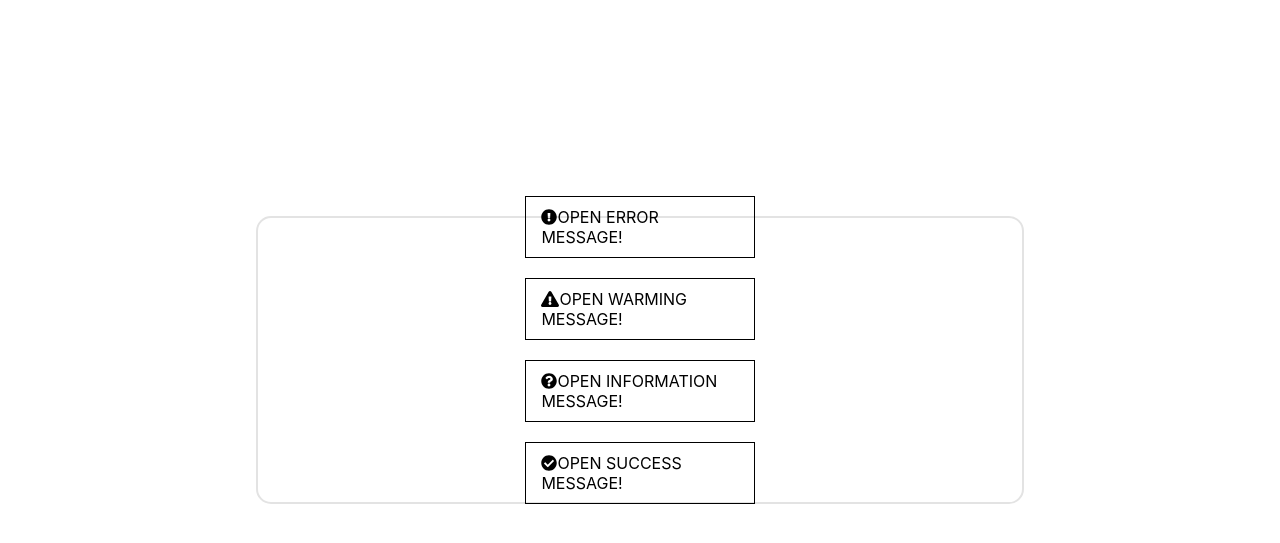
Repository: KrzysKolo/sr_tydzien5_zad2
Page: /
These files come from the project's save history. The page is drawn as it stood at one moment and after the next save; the edit follows.
The browser window is 1280 px wide. The pictures show the whole page.
The project was rebuilt for these pictures with package versions that can differ from the ones it lists, and the page was loaded fresh each time.

Above is the page before, as saved 2020-12-21 17:04:17.

### public/index.html
<!DOCTYPE html>
<html lang="en">
  <head>
    <meta charset="utf-8" />
    <link rel="icon" href="%PUBLIC_URL%/favicon.ico" />
    <meta name="viewport" content="width=device-width, initial-scale=1" />
    <meta name="theme-color" content="#000000" />
    <meta
      name="description"
      content="Web site created using create-react-app"
    />
    <link rel="apple-touch-icon" href="%PUBLIC_URL%/logo192.png" />
    <!--
      manifest.json provides metadata used when your web app is installed on a
      user's mobile device or desktop. See https://developers.google.com/web/fundamentals/web-app-manifest/
    -->
    <link rel="manifest" href="%PUBLIC_URL%/manifest.json" />
    <!--
      Notice the use of %PUBLIC_URL% in the tags above.
      It will be replaced with the URL of the `public` folder during the build.
      Only files inside the `public` folder can be referenced from the HTML.

      Unlike "/favicon.ico" or "favicon.ico", "%PUBLIC_URL%/favicon.ico" will
      work correctly both with client-side routing and a non-root public URL.
      Learn how to configure a non-root public URL by running `npm run build`.
    -->
    <title>Zad 2 - snackbar</title>
  </head>
  <body>
    <noscript>You need to enable JavaScript to run this app.</noscript>
    <div id="root"></div>
    <!--
      This HTML file is a template.
      If you open it directly in the browser, you will see an empty page.

      You can add webfonts, meta tags, or analytics to this file.
      The build step will place the bundled scripts into the <body> tag.

      To begin the development, run `npm start` or `yarn start`.
      To create a production bundle, use `npm run build` or `yarn build`.
    -->
  </body>
</html>

### src/App.js
import React from 'react';
import Buttons from './components/Buttons';
import './App.css';
const App = () => {
  return (
    <div className="wrapper--btn">
      <Buttons />
    </div>
  )
}

export default App;

### src/components/Buttons.js
import React from 'react';
import PaletColors from './../colors/PaletColors';
import ButtonsData from './../data/ButtonsData';
import Button from './Button';

const Buttons = () => {
    return (
        <>
            {ButtonsData.map(button =>
                <Button key={button.id} data={button} />
            )}
        </>
    )
}

export default Buttons;

### src/App.css
* {
  box-sizing: border-box;
  margin: 0;
  position: relative;
}
body {
  width: 100vw;
  height: 100vh;
  display: flex;
  flex-direction: row;
  justify-content: center;
  align-items: center;
}
.wrapper--btn {
  border: 2px solid #e3e3e3;
  border-radius: 15px;
  width: 60vw;
  height: 40vh;
  display: flex;
  flex-direction: column;
  justify-content: center;
  align-items: center;
}
.btn {
  border: 1px solid black;
  padding: 10px 15px;
  margin-bottom: 20px;
  width: 30%;
}

### src/colors/PaletColors.js
const PaletColors = {
    "red": "rgb(244, 67, 54)",
    "orange": "rgb(255, 152, 0)",
    "blue": "rgb(33, 150, 243)",
    "green": "rgb(76, 175, 80)",
    "maroon": "rgb(124, 0, 0)",
    "navy": "rgb(44, 44, 96)",
    "white": "rgb(240, 239, 244)",
    "black": "rgb(0, 0, 0)",
};

  export default PaletColors;

### src/data/ButtonsData.js
const ButtonsData = [
    {
      id: 0,
      name: "OPEN ERROR MESSAGE!",
      event: "handleClickError",
      color: "PaletColor.red",
      icon: "faExclamationCircle"
    },
    {
      id: 1,
      name: "OPEN WARMING MESSAGE!",
      event: "handleClickWarming",
      color: "PaletColor.orange",
      icon: "faExclamationTriangle",
    },
    {
      id: 2,
      name: "OPEN INFORMATION MESSAGE!",
      event: "handleClickInformation",
      color: "PaletColor.blue",
      icon: "faQuestionCircle",
    },
    {
      id: 3,
      name: "OPEN SUCCESS MESSAGE!",
      event: "handleClickSuccess",
      color: "PaletColor.green",
      icon: "faCheckCircle",
    },

  ]
 export default ButtonsData;

### src/components/Button.js
import React from 'react';
import Icons from './Icons';
import PaletColors from './../colors/PaletColors';

const Button = ({data}) => {

    return (
        <div className="btn">
            <Icons icon={data.icon}/>
             {data.name}
        </div>
    )
}

export default Button;

### src/components/Icons.js
import React from 'react';
import { FontAwesomeIcon } from '@fortawesome/react-fontawesome';
import { faCheckCircle, faQuestionCircle, faExclamationTriangle, faExclamationCircle } from '@fortawesome/free-solid-svg-icons';

const Icons = ({icon}) => {

        switch (icon) {
            case 'faExclamationCircle': return <FontAwesomeIcon icon={faExclamationCircle} />;
            case 'faExclamationTriangle': return <FontAwesomeIcon icon={faExclamationTriangle} />;
            case 'faQuestionCircle': return <FontAwesomeIcon icon={faQuestionCircle} />;
            case 'faCheckCircle': return <FontAwesomeIcon icon={faCheckCircle} />;
            default: return null;
            }



}

export default Icons;

Loaded but not shown: src/index.js (common file); src/index.css (common file)

After the next save:
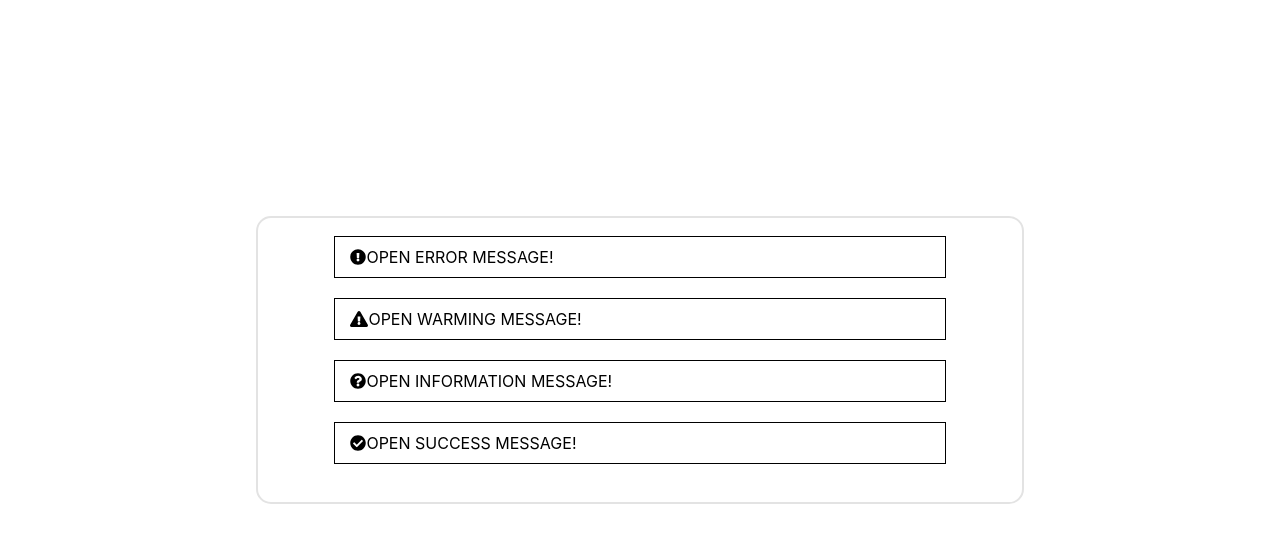
Saved 12 s later.
--- a/src/App.css
+++ b/src/App.css
@@ -25,5 +25,5 @@ body {
   border: 1px solid black;
   padding: 10px 15px;
   margin-bottom: 20px;
-  width: 30%;
+  width: 80%;
 }
